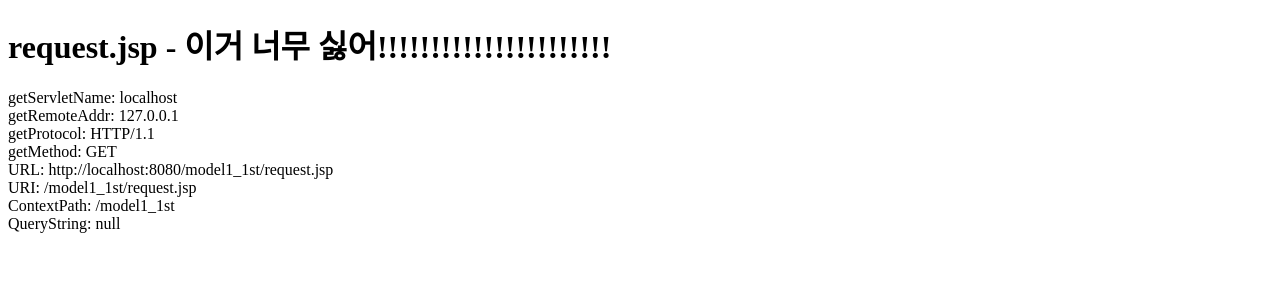
Repository: SouthSea0613/401_Unauthorized_java
Page: http://localhost/model1_1st/request.jsp
These files come from the project's save history. The page is drawn as it stood at one moment and after the next save; the edit follows.
The browser window is 1280 px wide. The pictures show the whole page.
The page is served by Tomcat 9. Other server files are loaded and not shown.

Above is the page before, as saved 2024-12-02 05:45:51.

### model1_1st/src/main/webapp/request.jsp
<%@ page language="java" contentType="text/html; charset=UTF-8"
	pageEncoding="UTF-8"%>
<!DOCTYPE html>
<html>
<head>
<meta charset="UTF-8">
<title>Insert title here</title>
</head>
<body>
	<h1>request.jsp - 이거 너무 싫어!!!!!!!!!!!!!!!!!!!!!!</h1>
	getServletName:
	<%=request.getServerName()%><br> getRemoteAddr:
	<%=request.getRemoteAddr()%><br> getProtocol:
	<%=request.getProtocol()%><br> getMethod:
	<%=request.getMethod()%><br> URL:
	<%=request.getRequestURL()%><br> URI:
	<%=request.getRequestURI()%><br> ContextPath:
	<%=request.getContextPath()%><br> QueryString:
	<%=request.getQueryString()%>
</body>
</html>

After the next save:
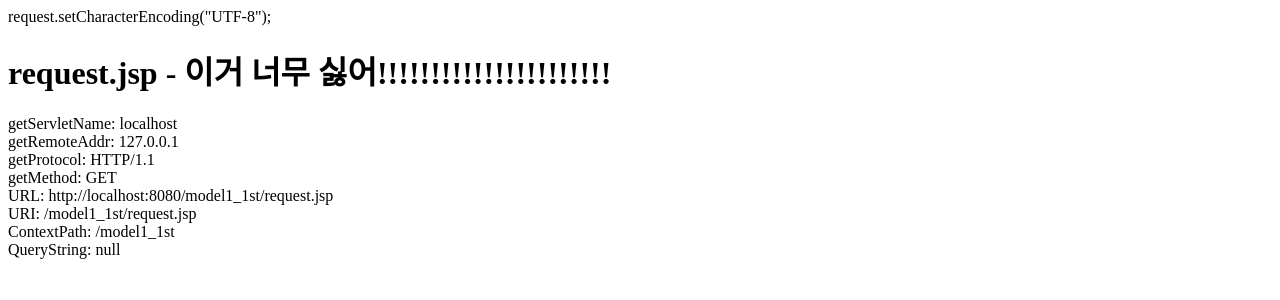
Saved 12 min 33 s later.
--- a/model1_1st/src/main/webapp/request.jsp
+++ b/model1_1st/src/main/webapp/request.jsp
@@ -7,15 +7,15 @@
 <title>Insert title here</title>
 </head>
 <body>
+  	request.setCharacterEncoding("UTF-8");
 	<h1>request.jsp - 이거 너무 싫어!!!!!!!!!!!!!!!!!!!!!!</h1>
-	getServletName:
-	<%=request.getServerName()%><br> getRemoteAddr:
-	<%=request.getRemoteAddr()%><br> getProtocol:
-	<%=request.getProtocol()%><br> getMethod:
-	<%=request.getMethod()%><br> URL:
-	<%=request.getRequestURL()%><br> URI:
-	<%=request.getRequestURI()%><br> ContextPath:
-	<%=request.getContextPath()%><br> QueryString:
-	<%=request.getQueryString()%>
+	getServletName: <%=request.getServerName()%><br>
+	getRemoteAddr: <%=request.getRemoteAddr()%><br> <!-- 이건 클라이언트주소 -->
+	getProtocol: <%=request.getProtocol()%><br>
+	getMethod: <%=request.getMethod()%><br>
+	URL: <%=request.getRequestURL()%><br>
+	URI: <%=request.getRequestURI()%><br>
+	ContextPath: <%=request.getContextPath()%><br>  <!-- 프로젝트 이름 -->
+	QueryString: <%=request.getQueryString()%>
 </body>
 </html>

After the save that followed:
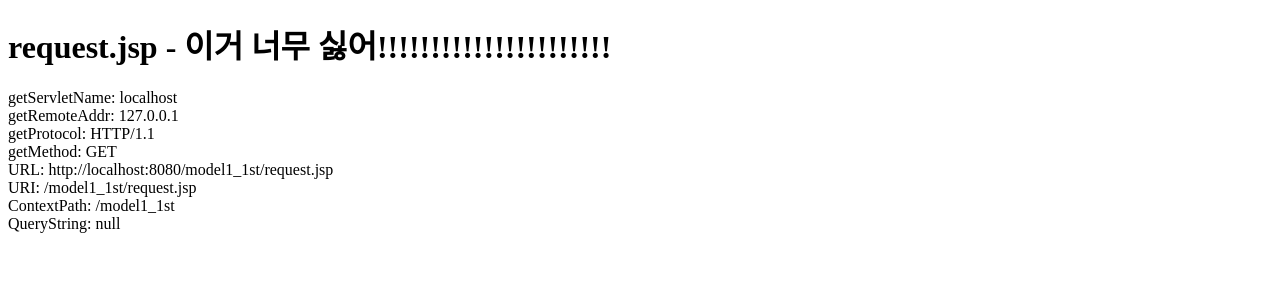
Saved 6 min 31 s later.
--- a/model1_1st/src/main/webapp/request.jsp
+++ b/model1_1st/src/main/webapp/request.jsp
@@ -7,7 +7,6 @@
 <title>Insert title here</title>
 </head>
 <body>
-  	request.setCharacterEncoding("UTF-8");
 	<h1>request.jsp - 이거 너무 싫어!!!!!!!!!!!!!!!!!!!!!!</h1>
 	getServletName: <%=request.getServerName()%><br>
 	getRemoteAddr: <%=request.getRemoteAddr()%><br> <!-- 이건 클라이언트주소 -->
